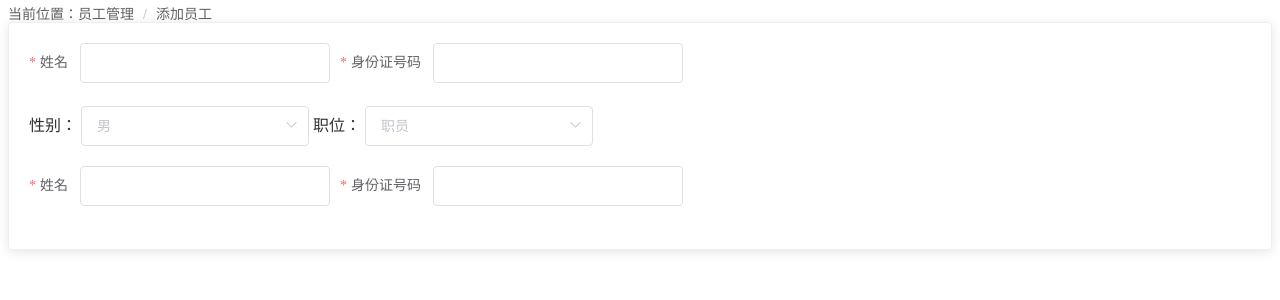
Repository: YUNjwyao/vue_hrm
Page: /#/addEmployee
An editor plug-in stored every save of this project. The page is shown before and after the next save, followed by the edit.
The browser window is 1280 px wide. The pictures show the whole page.
The project was rebuilt for these pictures with package versions that can differ from the ones it lists, and the page was loaded fresh each time. Also part of the build but not shown: src/components/Employee/EmployeeQuery.vue.

Above is the page before, as saved 2020-10-15 20:38:21.

After the next save:
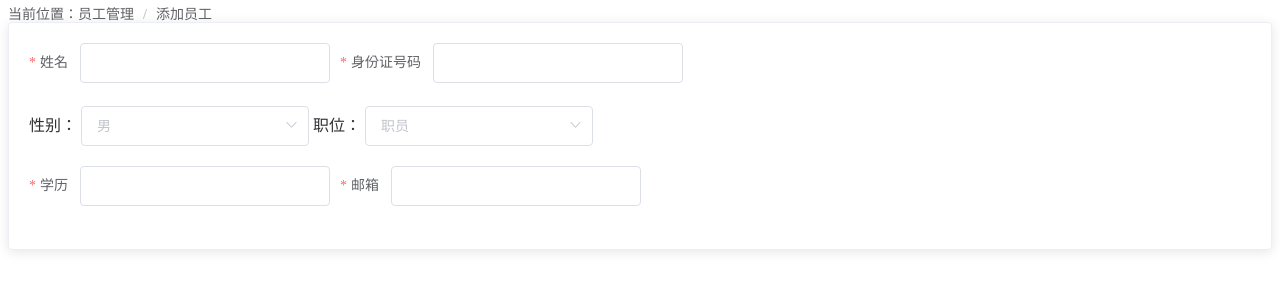
Saved 57 s later.
--- a/src/components/Employee/ShowAddEmployee.vue
+++ b/src/components/Employee/ShowAddEmployee.vue
@@ -54,16 +54,14 @@
 	</el-row>
 
 
-
-
         <el-row>
           <el-col :span="8">
-            <el-form-item label="姓名" prop="name">
+            <el-form-item label="学历" prop="name">
               <el-input v-model="addForm.name"></el-input>
             </el-form-item>
           </el-col>
           <el-col :span="8">
-            <el-form-item label="身份证号码" prop="IdNumber">
+            <el-form-item label="邮箱" prop="IdNumber">
               <el-input v-model="addForm.IdNumber"></el-input>
             </el-form-item>
           </el-col>
